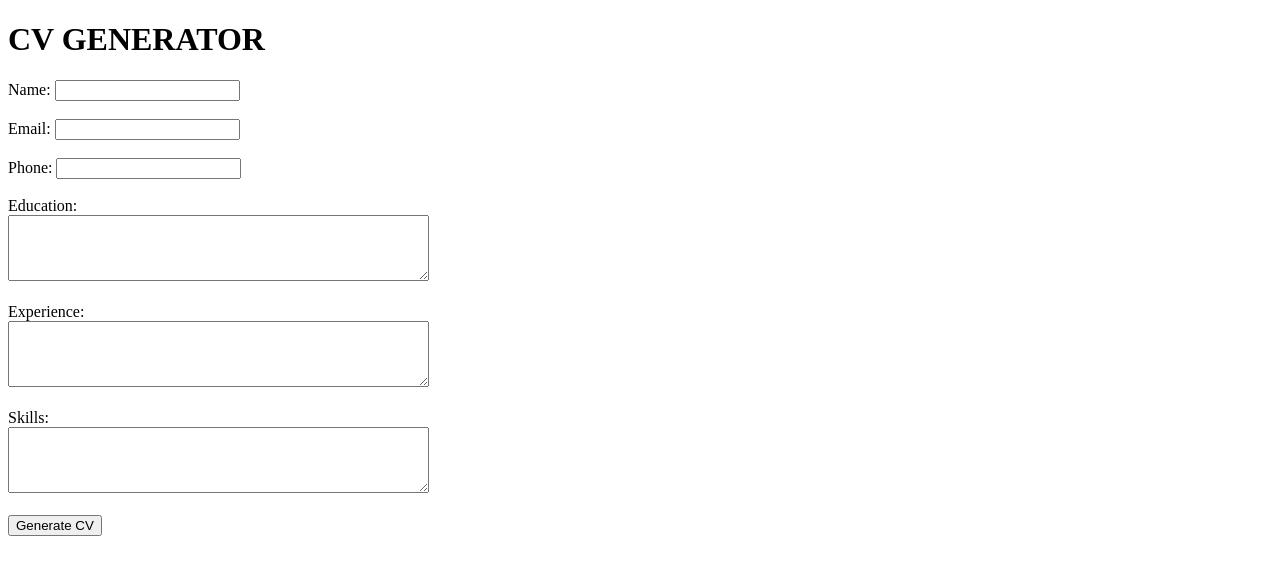
Repository: Arisha004/CV-generator
Page: index.html
The author's editor kept a copy of each file at every save. The page is drawn from the files as they stood at one save, then again after a run of saves.
The browser window is 1280 px wide. The pictures show the whole page.

Above is the page before, as saved 2025-10-14 00:24:36.

After the next 2 saves:
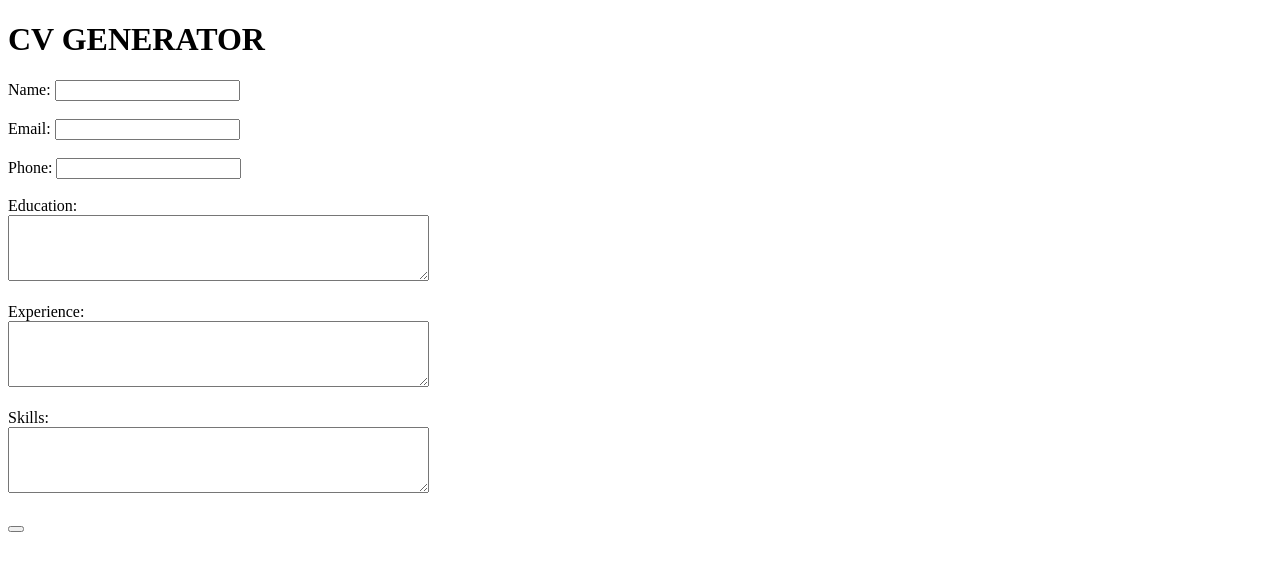
The 2 saves are shown as one change because they came seconds apart.
The last was saved 12 s later.
--- a/index.html
+++ b/index.html
@@ -26,6 +26,6 @@
         <label for="skills">Skills:</label><br>
         <textarea id="skills" name="skills" rows="4" cols="50" required></textarea><br><br>
 
-        <input type="submit" value="Generate CV">
+        <button type="submit" value="Generate CV"></button>
 </body>
 </html>
